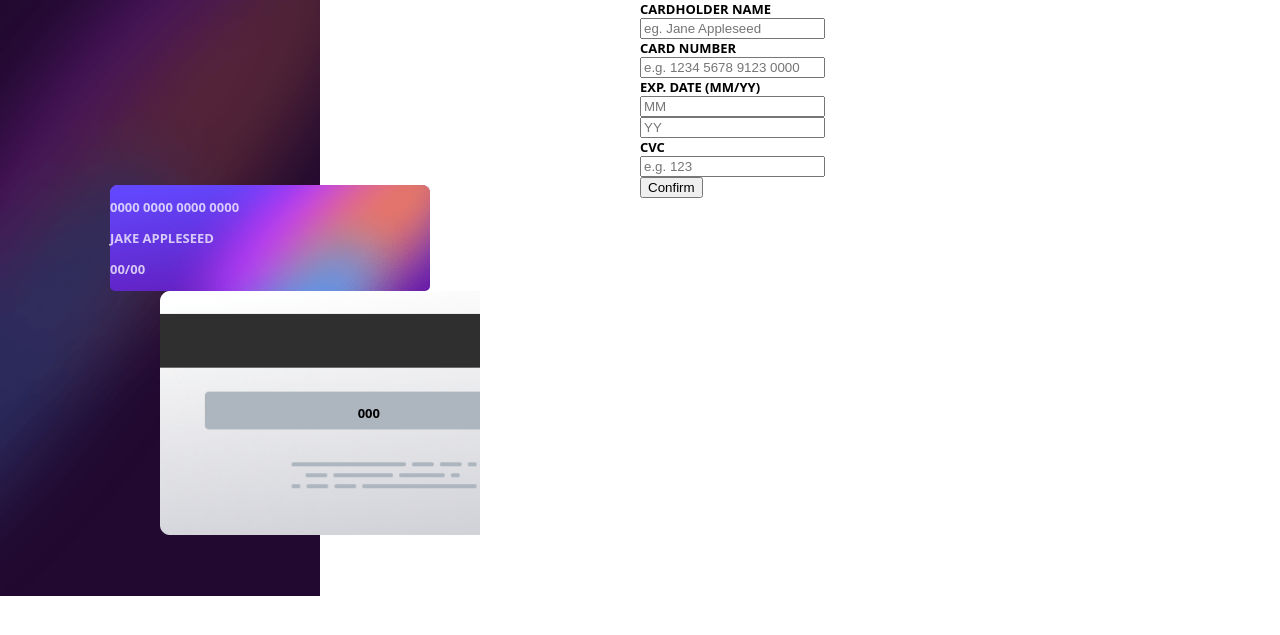
Repository: Celebration-cloud/my-project
Page: interactive-card-details-form-main/index.html
An editor plug-in stored every save of this project. The page is shown before and after the next save, followed by the edit.
The browser window is 1280 px wide. The pictures show the whole page.

Above is the page before, as saved 2023-08-22 18:51:11.

### interactive-card-details-form-main/index.html
<!DOCTYPE html>
<html lang="en">
<head>
  <meta charset="UTF-8">
  <meta name="viewport" content="width=device-width, initial-scale=1.0"> <!-- displays site properly based on user's device -->

  <link rel="icon" type="image/png" sizes="32x32" href="./images/favicon-32x32.png">
  <link rel="stylesheet" href="index.css">

  <title>Frontend Mentor | Interactive card details form</title>

  <!-- Feel free to remove these styles or customise in your own stylesheet 👍 -->
  <style>
    .attribution { font-size: 11px; text-align: center; }
    .attribution a { color: hsl(228, 45%, 44%); }
  </style>
</head>
<body>
  <div class="container">
    <section id="section-a" class="section-a">
      <div id="card">
        <div id="profile"></div><span id="detail"></span>
        <p id="card-number">0000 0000 0000 0000</p>
        <p id="card-name">JAKE APPLESEED</p>
        <p id="exp-date">00/00</p>
      </div>
      <div id="card-back">
        <p id="cvc-digit">000</p>
      </div>

    </section>
    <!-- Add your site or application content here -->
    <!-- Card Details Form Section-->
    <section id="section-b" class="section-b">
      <form action="">
        <label for="name" id="cardholder-numeber-label">CARDHOLDER NAME</label><br/>
        <input name="name" id="cardholder-numeber-input" aria-required="false" placeholder="eg. Jane Appleseed" required/><br/>
        <label for="card-number" id="card-number-label">CARD NUMBER</label><br/>
        <input name="card-number" id="card-number-input" type="tel" aria-required="false" placeholder="e.g. 1234 5678 9123 0000" required/><br/>
        <label for="expire-date" id="expire-date-label">EXP. DATE (MM/YY)</label><br/>
        <input name="expire-date" id="expire-date" type="tel" aria-required="false" placeholder="MM" required/><br/>
        <input name="expire-date" id="expire-date2" type="tel" aria-required="false" placeholder="YY" required/><br/>
        <label for="cvc" id="cvc-label">CVC</label><br/>
        <input name="cvc" aria-required="false" id="cvc" type="tel" placeholder="e.g. 123" required/><br/>
        <button type="submit">Confirm</button>
      </form>

    </section>
  </div>

  <!-- 0000 0000 0000 0000
  00/00

  000

  Cardholder Name
  e.g. Jane Appleseed

  Card Number
  e.g. 1234 5678 9123 0000

  Exp. Date (MM/YY)
  MM
  YY

  CVC
  e.g. 123

  Confirm -->

  <!-- Completed state start -->

  <!-- Thank you!
  We've added your card details
  Continue -->

  <!-- <div class="attribution">
    Challenge by <a href="https://www.frontendmentor.io?ref=challenge" target="_blank">Frontend Mentor</a>.
    Coded by <a href="#">Your Name Here</a>.
  </div> -->
</body>
</html>

### interactive-card-details-form-main/index.css
body{
    font-family: system-ui, -apple-system, BlinkMacSystemFont, 'Segoe UI', Roboto, Oxygen, Ubuntu, Cantarell, 'Open Sans', 'Helvetica Neue', sans-serif;
    font-weight: bolder;
    font-size: small;
    margin: 0;
    padding: 0;
}
.container{
    display: flex;
}
#section-a{
    background-image: url(images/bg-main-desktop.png);
    background-size: 50%;
    background-repeat: no-repeat;
    width: 50%;
    height: 100vh;
    display: flex;
    flex-direction: column;
    justify-content: center;
}
#card{
    color: rgba(255, 255, 255, 0.737);
    background-image: url(images/bg-card-front.png);
    width: 50%;
    background-size: cover;
    border-radius: 5px;
    align-self: center;
    margin-right: 100px;
}
#card-back{
    background-image: url(images/bg-card-back.png);
    background-size: cover;
    width: 50%;

    align-self: center;
}
#cvc-digit{
    text-align: right !important ;
    padding: 100px;
}

After the next save:
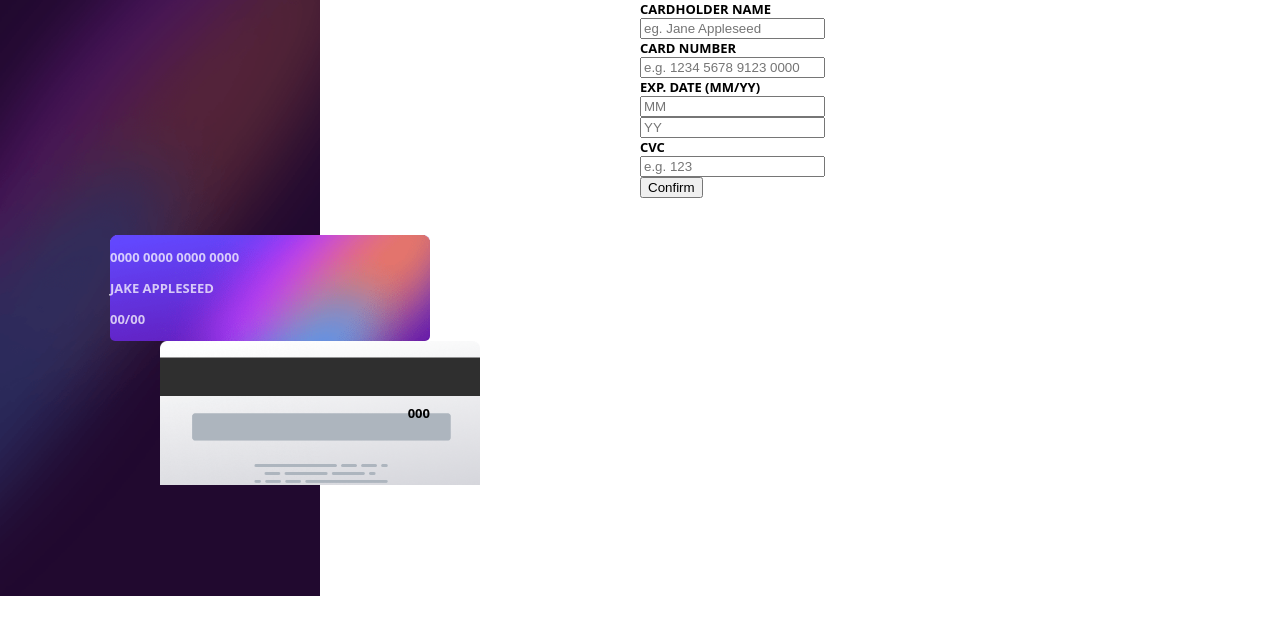
Saved 4 s later.
--- a/interactive-card-details-form-main/index.css
+++ b/interactive-card-details-form-main/index.css
@@ -36,5 +36,5 @@ body{
 }
 #cvc-digit{
     text-align: right !important ;
-    padding: 100px;
+    padding: 50px;
 }
